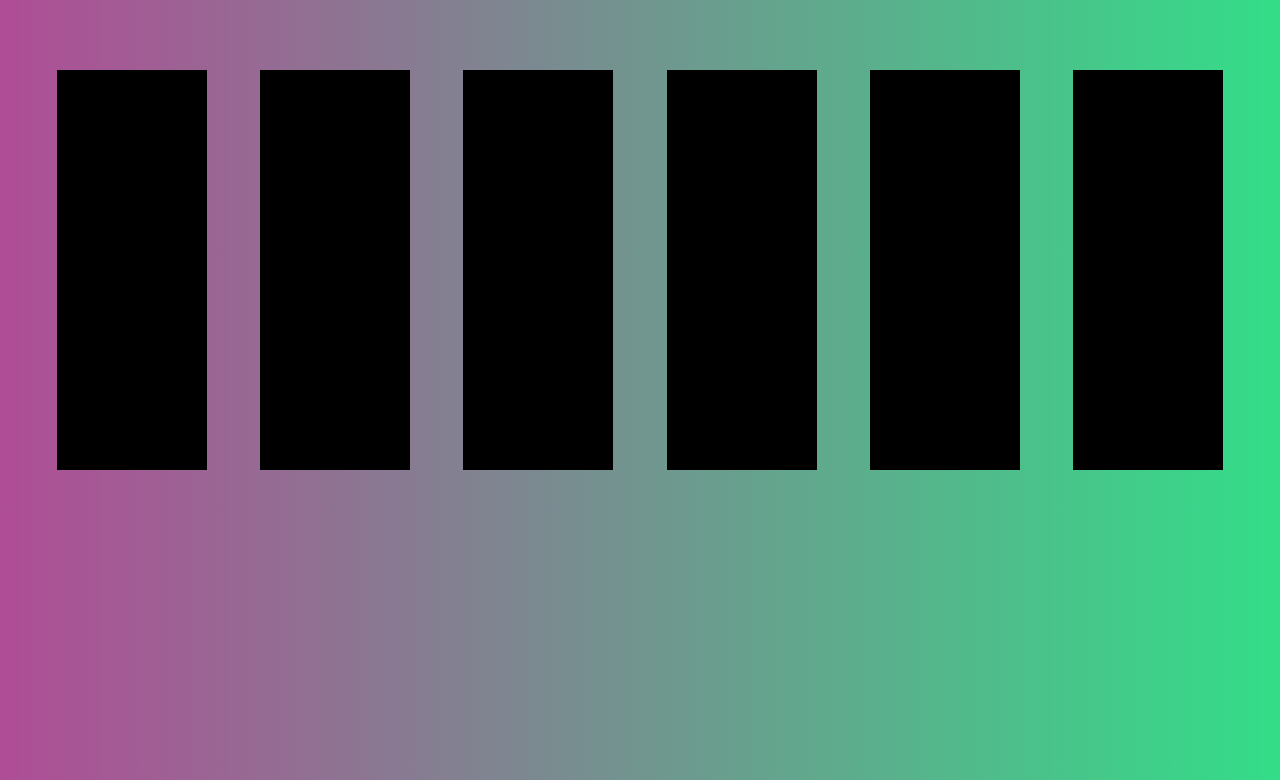
Repository: lausamtuong/profileCard
Page: index.html
An editor plug-in stored every save of this project. The page is shown before and after the next save, followed by the edit.
The browser window is 1280 px wide. The pictures show the whole page.
The style sheet was rebuilt from its Sass, Less or Tailwind sources for each picture, by a compiler version that may differ from the author's.

Above is the page before, as saved 2021-12-14 14:57:50.

After the next save:
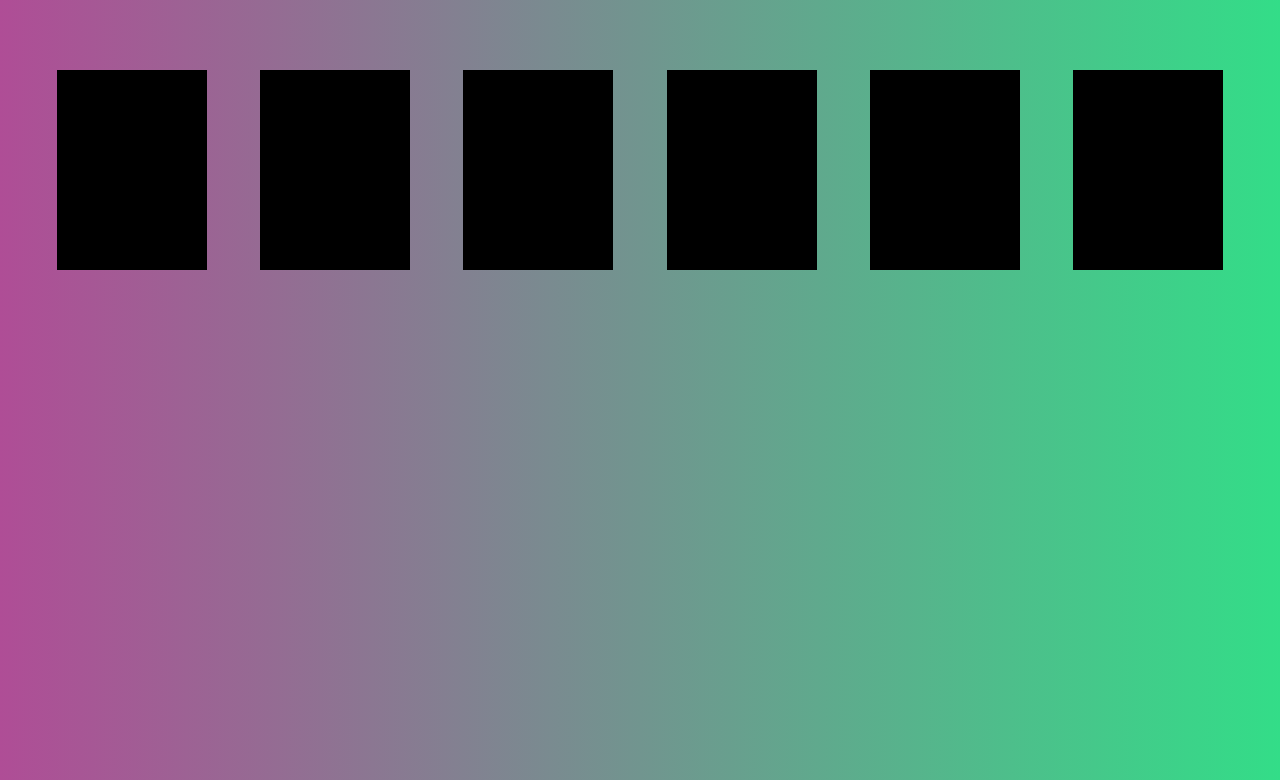
Saved 5 s later.
--- a/style.scss
+++ b/style.scss
@@ -17,7 +17,7 @@ body{
     }
     &__item{
         width:150px;
-        height:400px;
+        height:200px;
         background-color: #000;
         margin: 10px;
     }
